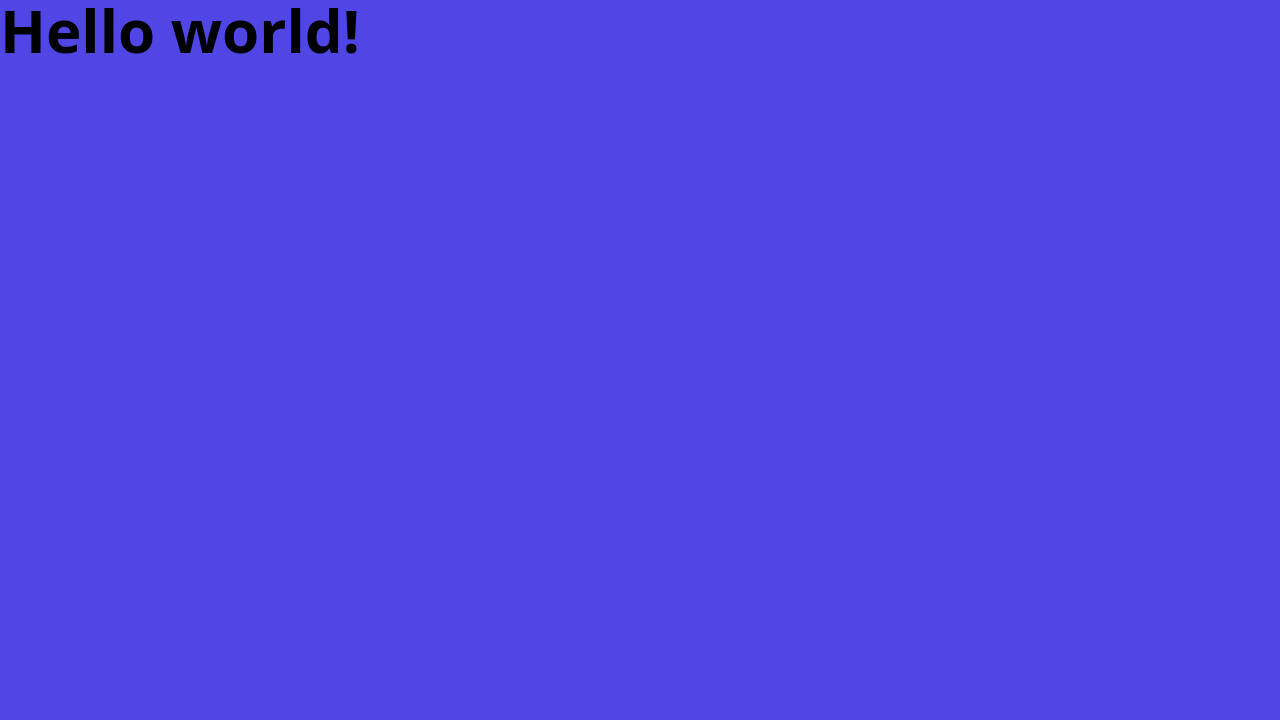
Repository: marcusdashe/anthophila
Page: /
The author's editor kept a copy of each file at every save. The page is drawn from the files as they stood at one save, then again after the next save.
The browser window is 1280 px wide. The pictures show the whole page.
The project was rebuilt for these pictures with package versions that can differ from the ones it lists, and the page was loaded fresh each time. The framework's server and built-in components were replaced by stand-ins that run in the browser. Also part of the build but not shown: next.config.js, styles/Home.module.css.

Above is the page before, as saved 2023-02-23 17:12:38.

After the next save:
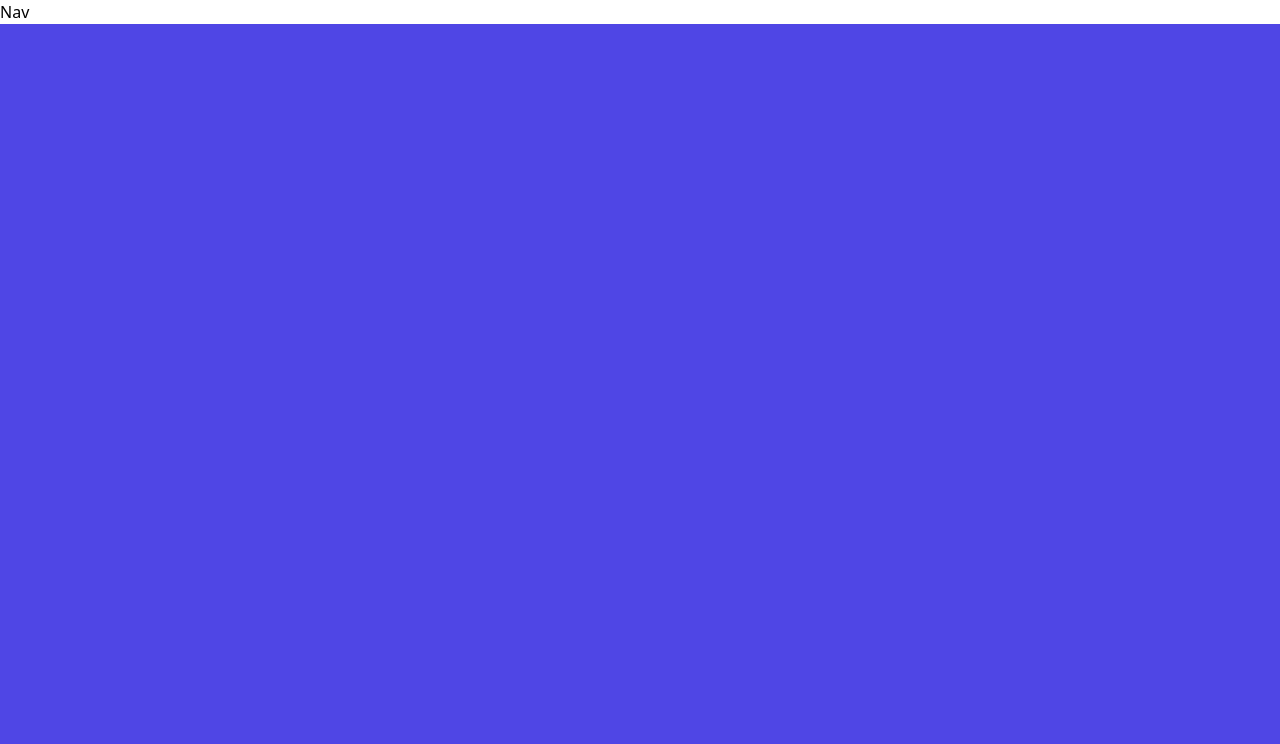
Saved 76 s later.
--- a/pages/index.js
+++ b/pages/index.js
@@ -2,6 +2,7 @@ import Head from 'next/head'
 import Image from 'next/image'
 import { Inter } from '@next/font/google'
 import styles from '@/styles/Home.module.css'
+import { Nav } from '@/components/Nav'
 
 const inter = Inter({ subsets: ['latin'] })
 
@@ -14,10 +15,9 @@ export default function Home() {
         <meta name="viewport" content="width=device-width, initial-scale=1" />
         <link rel="icon" href="/favicon.ico" />
       </Head>
+      <Nav />
       <main className="bg-indigo-600 w-full h-screen">
-        <h1 className="text-6xl font-bold">
-          Hello world!
-        </h1>
+
       </main>
     </>
   )
